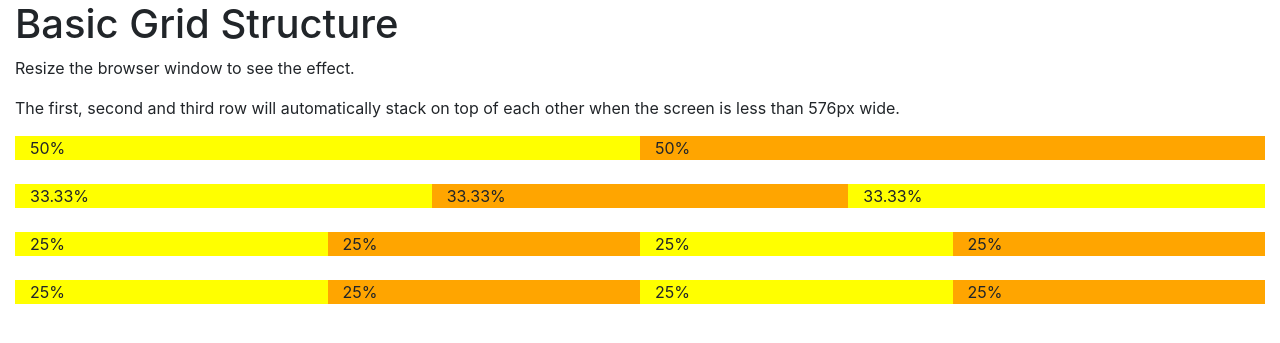
Repository: skybluelion/KB
Page: KB/work05_front/front07_Bootstrap/src/main/webapp/bs01_container.html
These files come from the project's save history. The page is drawn as it stood at one moment and after the next save; the edit follows.
The browser window is 1280 px wide. The pictures show the whole page.

Above is the page before, as saved 2023-04-14 00:22:50.

After the next save:
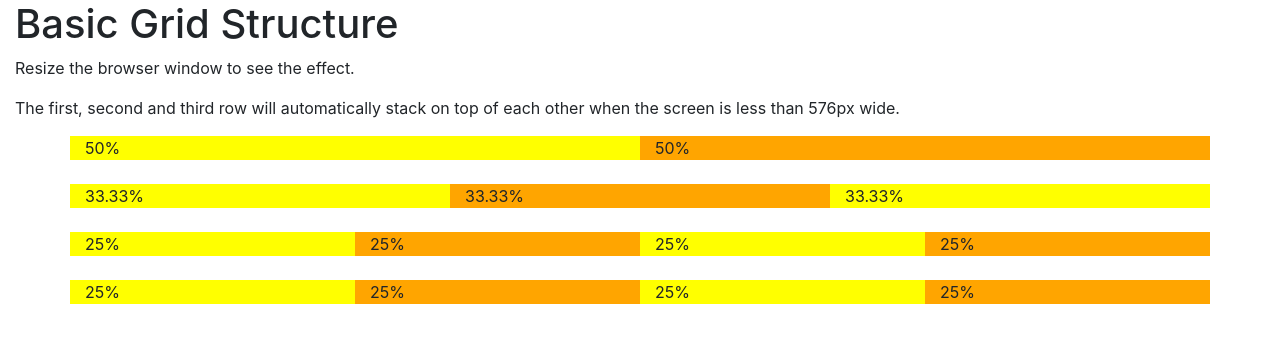
Saved 9 min 43 s later.
--- a/KB/work05_front/front07_Bootstrap/src/main/webapp/bs01_container.html
+++ b/KB/work05_front/front07_Bootstrap/src/main/webapp/bs01_container.html
@@ -16,7 +16,7 @@
   <p>Resize the browser window to see the effect.</p>
   <p>The first, second and third row will automatically stack on top of each other when the screen is less than 576px wide.</p>
 
-  <div class="container-fluid">
+  <div class="container">
     <!-- Control the column width, and how they should appear on different devices -->
     <div class="row">
       <div class="col-sm-6" style="background-color:yellow;">50%</div>
